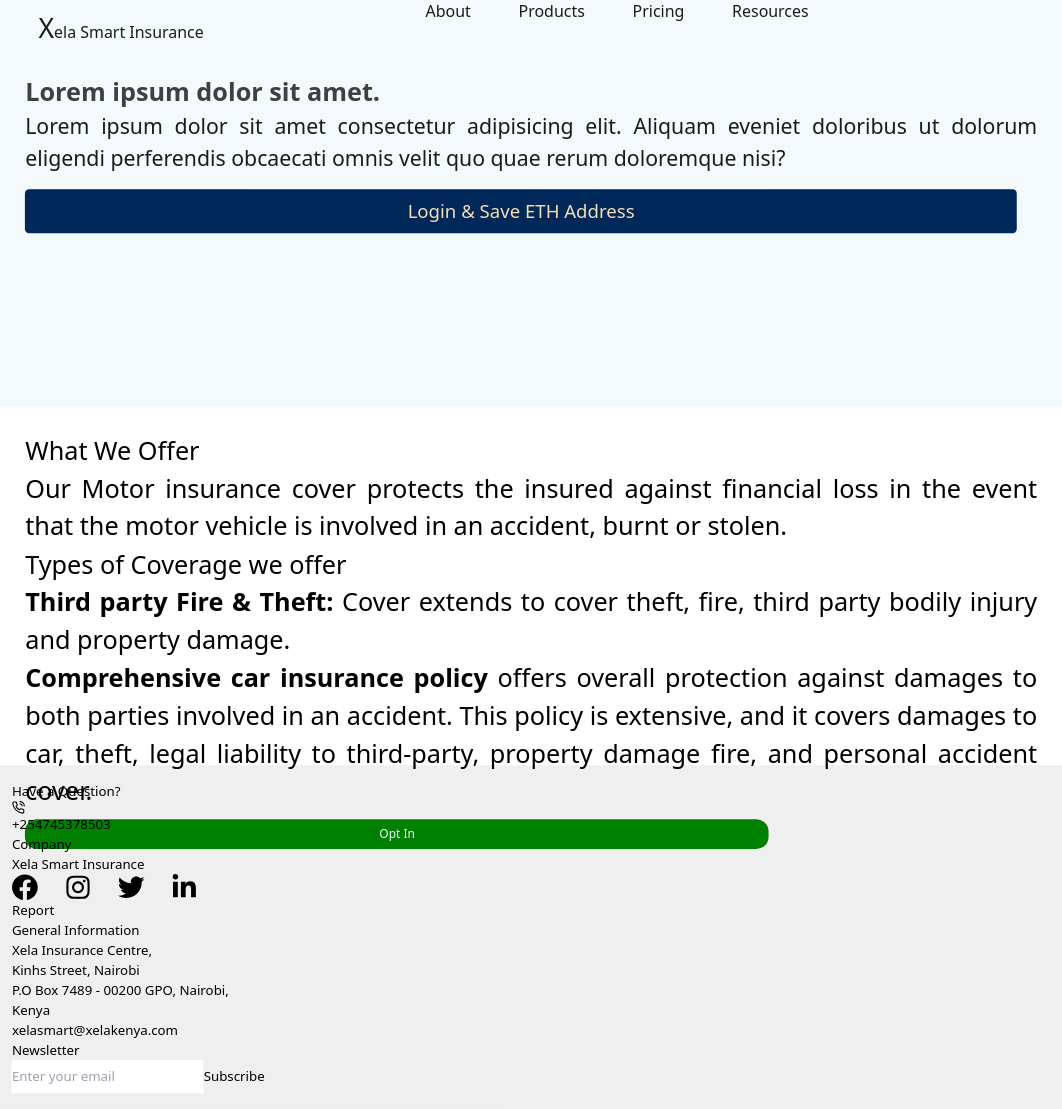
Repository: ALVIN-OBONYO/Xela-smart_insuarance
Page: / (app in frontend/)
These files come from the project's save history. The page is drawn as it stood at one moment and after the next save; the edit follows.
The browser window is 1280 px wide. The pictures show the whole page, at 83% of full size.
The project was rebuilt for these pictures with package versions that can differ from the ones it lists, and the page was loaded fresh each time. Also part of the build but not shown: frontend/src/Components/Table.js, frontend/src/Pages/Policies.jsx, frontend/src/Components/Calendar.css, frontend/src/Components/Calendar.jsx, frontend/src/Components/Input.js, frontend/src/Components/Upload.css, frontend/src/Components/Upload.js, frontend/src/Pages/ReportForm.jsx and 3 more.

Above is the page before, as saved 2022-10-02 15:45:49.

### frontend/public/index.html
<!DOCTYPE html>
<html lang="en">
  <head>
    <meta charset="utf-8" />
    <link rel="icon" href="%PUBLIC_URL%/favicon.ico" />
    <meta name="viewport" content="width=device-width, initial-scale=1" />
    <meta name="theme-color" content="#000000" />
    <meta
      name="description"
      content="Web site created using create-react-app"
    />
    <link rel="apple-touch-icon" href="%PUBLIC_URL%/logo192.png" />
    <!--
      manifest.json provides metadata used when your web app is installed on a
      user's mobile device or desktop. See https://developers.google.com/web/fundamentals/web-app-manifest/
    -->
    <link rel="manifest" href="%PUBLIC_URL%/manifest.json" />
    <!--
      Notice the use of %PUBLIC_URL% in the tags above.
      It will be replaced with the URL of the `public` folder during the build.
      Only files inside the `public` folder can be referenced from the HTML.

      Unlike "/favicon.ico" or "favicon.ico", "%PUBLIC_URL%/favicon.ico" will
      work correctly both with client-side routing and a non-root public URL.
      Learn how to configure a non-root public URL by running `npm run build`.
    -->
    <title>React App</title>
  </head>
  <body>
    <noscript>You need to enable JavaScript to run this app.</noscript>
    <link
    href="https://unpkg.com/tailwindcss@^1.0/dist/tailwind.min.css"
    rel="stylesheet"
  />
  <script
    src="https://cdnjs.cloudflare.com/ajax/libs/web3/1.6.1/web3.min.js"
    integrity="sha512-5erpERW8MxcHDF7Xea9eBQPiRtxbse70pFcaHJuOhdEBQeAxGQjUwgJbuBDWve+xP/u5IoJbKjyJk50qCnMD7A=="
    crossorigin="anonymous"
    referrerpolicy="no-referrer"
  ></script>
    <div id="root"></div>
    <!--
      This HTML file is a template.
      If you open it directly in the browser, you will see an empty page.

      You can add webfonts, meta tags, or analytics to this file.
      The build step will place the bundled scripts into the <body> tag.

      To begin the development, run `npm start` or `yarn start`.
      To create a production bundle, use `npm run build` or `yarn build`.
    -->
  </body>
</html>

### frontend/src/index.js
import React from 'react';
import ReactDOM from 'react-dom/client';
import './index.css';
import App from './App';
import reportWebVitals from './reportWebVitals';
import { BrowserRouter } from 'react-router-dom';
const root = ReactDOM.createRoot(document.getElementById('root'));
root.render(
  <React.StrictMode>
     <BrowserRouter>
       <App />
    </BrowserRouter>
  </React.StrictMode>
);

// If you want to start measuring performance in your app, pass a function
// to log results (for example: reportWebVitals(console.log))
// or send to an analytics endpoint. Learn more: https://bit.ly/CRA-vitals
reportWebVitals();

### frontend/src/App.jsx
import './App.css';
import RoutePages from './Components/RoutePages';

function App() {
  return (
    <div className="App">
      <RoutePages/>
    </div>
  );
}

export default App;

### frontend/src/Components/RoutePages.jsx
import React from 'react'
import { Routes, Route} from 'react-router-dom'
import EntryPage from '../Pages/Entrypage'
import PolicyMaker from '../Pages/Policies'
import ReportForm from '../Pages/ReportForm'
import Report from '../Pages/Report'
import ReportInfo from '../Pages/ReportInfo'
import FormPagination from './FormPagination'
const RoutePages = () => {
    return (


   <Routes>

    <Route exact path="/" element={<EntryPage />} />
    <Route path="policy" element={<PolicyMaker />} />

    <Route path="report/2" element={<ReportForm/> } />
    <Route path="report/1" element={<ReportInfo />} />
    <Route path="report/*" element={<FormPagination />} />

   </Routes>


    )
}

export default RoutePages

### frontend/src/Pages/Entrypage.jsx
import React, {useState, useRef} from 'react'
import "../Components/Navbar.css"
import { FaTimes, FaBars, FaInstagram, FaTwitter, FaLinkedinIn, FaFacebook, } from 'react-icons/fa'
import {FiPhoneCall} from 'react-icons/fi'
import { Link} from 'react-router-dom'
import { loginWithEth } from '../Services/LoginWithEth'
import { truncateAddress } from '../Services/TruncateAddress'
import Web3 from 'web3'
import { getContractSymbol } from '../Services/Contract'
const Entrypage = () => {
        const [navButton, setNavButton] = useState(false)
        const [policy, setPolicy] = useState("")
        const switchNavState = () => setNavButton(!navButton)
        const buttonLogout = useRef(null)
        const yourAddress = useRef()
        window.userAddress = null

        window.onload = async () => {
            if (window.ethereum) {
                window.web3 = new Web3(window.ethereum)
            } else {
                alert("No ETH browser extension detected.")
            }
        }

        function showAddress() {
          if (!window.userAddress) {
            yourAddress.current.innerText = ""
            buttonLogout.current.classList.add("hidden")
             return false
        }

        yourAddress.innerText = `ETH Address: ${truncateAddress(window.userAddress)}`
        buttonLogout.classList.remove("hidden")
    }

         function logout() {
            window.userAddress = null
            window.localStorage.removeItem(buttonLogout)
            showAddress()
}

    return (
        <>
        <nav>
        <h1 className='brand'><span className='X'>X</span>ela Smart Insurance</h1>
        <div className='toogleNav' onClick={switchNavState} >{navButton ?
        <div id="bars">

            <FaBars size="2.5em"/>
            </div> :
            <div className = "navflex">
            <div id="times">
                <FaTimes />
                </div>
            <h4>About</h4>
            <h4>Products</h4>
            <h4>Pricing</h4>
            <h4>Resources</h4>
            </div>

}
        </div>
        <div className='nav-section'>
            <h4>About</h4>
            <h4>Products</h4>
            <h4>Pricing</h4>
            <h4>Resources</h4>
        </div>
        </nav>
        <section className="top-descr" id='top'>
            <h3 id="top-h3">Lorem ipsum dolor sit amet.</h3>
            <p id="top-pg">Lorem ipsum dolor sit amet consectetur adipisicing elit. Aliquam eveniet doloribus ut dolorum eligendi perferendis obcaecati omnis velit quo quae rerum doloremque nisi?</p>
            <div id="policy-sec">

            <button id="btn-policy" onClick={loginWithEth}>Login & Save ETH Address
                </button>
                <p id="userAddress" class="text-gray-600" ref={yourAddress}></p>
                <button id="logoutButton" onClick={logout} class="hidden text-blue-500 underline" ref={buttonLogout}>Logout</button>
                           </div>
        </section>
        <section className='top-descr'>
            <h3>What We Offer</h3>
            <p>
            Our Motor insurance cover protects the insured against financial loss in the event that the motor vehicle is involved in an accident, burnt or stolen.</p>
            <h4>Types of Coverage we offer</h4>
            <p>


<b>Third party Fire & Theft:</b> Cover extends to cover theft, fire, third party bodily injury and property damage.
</p>
<p>
<b>Comprehensive car insurance policy</b> offers overall protection against damages to both parties involved in an accident. This policy is extensive, and it covers damages to car, theft, legal liability to third-party, property damage fire, and personal accident cover.
            </p>
            <Link to="/policy"><button id="buy-policy" onClick={getContractSymbol}>Opt In</button></Link>
        </section>
        <div id="footer">
            <div>
            <h2>Have a Question?</h2>
             <h3><FiPhoneCall /> +254745378503</h3>
             <h2>Company</h2>
             <h3>Xela Smart Insurance</h3>
             <div id="social-icons">
               <FaFacebook size="2em"/>
               <FaInstagram size="2em"/>
               <FaTwitter size="2em"/>
               <FaLinkedinIn size="2em"/>
             </div>
             <div>
                <Link to="/report/1">Report</Link>
                <h2>General Information</h2>
                <h4>Xela Insurance Centre,</h4>
                <h4>Kinhs Street, Nairobi</h4>
                <h4>P.O Box 7489 - 00200 GPO, Nairobi,</h4>
                <h4>Kenya</h4>
                <h4>xelasmart@xelakenya.com</h4>
                <h2>Newsletter</h2>
                <input type="text" placeholder="Enter your email" />
                <button>Subscribe</button>
             </div>
            </div>
        </div>
        </>
    )
}

export default Entrypage

### frontend/src/Components/Navbar.css
nav {
    width: 100vw;
    display: flex;
    justify-content: flex-start;
    align-items: flex-start;
}

.brand {
    flex-grow: 1;
    text-align: start;
    padding-left: 2.9rem;
    margin-top: 0.6rem;
    font-size: 1.2rem;
}

.X {
    font-size: 2rem;

}
.nav-section {
    display: flex;
    flex-grow: 1;
    gap: 3em;
    font-size: 1.2rem;
    padding-right: 2em;
    justify-content: flex-start;
    align-items: center;
}
.top-descr {
    margin-top: 0;
    padding: 1em;
    text-align: justify;
    font-size: 1.9rem;
    height: 60vh;

}
#top-h3 {
    font-weight: 700;
    color: rgba(27, 27, 27, 0.836);
}
#top, nav {
    background-color: rgb(244, 249, 252);
    color: rgb(27, 27, 27);
}
#top-pg {

    font-size: 1.6rem;
}
#policy-sec {
    display: flex;
    gap: 0.8em;

}
input[type=text] {
    flex-grow: 1;
    height: 2.5em;
}
#btn-policy {
    background-color: rgb(0, 39, 90);
    flex-grow: 1;
    color: wheat;
    border: none;
    margin-top: 0.8em;
    border-radius: 5px;
    padding: 0.6rem;
    font-size: 1.4rem;
    font-weight: 500;

}
#buy-policy {
    width: 70vw;
    height: 2.5em;
    border: none;
    background-color: #008000;
    color:aliceblue;
    font-size: 0.9rem;
    border-radius: 15px;
}
#social-icons {
    display: flex;
    gap: 2em;
}
#footer {
    background-color: rgba(128, 128, 128, 0.13);
    text-align: start;
    padding: 1.2em  0.9em;
}

.navflex {
    display: flex;
    flex-direction: column;
    justify-content: center;
    align-items: center;
    gap: 2em;
    background-color: rgba(19, 20, 27, 0.918);
    color: white;
    width: 100vw;
    height: 100vh;
    right: 0;
    top: 0;
    position: absolute;
    text-transform: uppercase;
    /* animation-name: ${navanim}; */
}
@media screen and (max-width: 600px){
   .nav-section {

      display: none;
   }


}

@media screen and (min-width: 600px){
    .toogleNav {
        display: none;
        padding: 1.3em;
    }
}

### frontend/src/Services/LoginWithEth.js
import { showAddress } from "./showAddress";
export async function loginWithEth() {
    if (window.web3) {
        try {
            const selectedAccount = await window.ethereum.request({
                method: "eth_requestAccounts"
            })
            .then((accounts) => accounts[0])
            .catch(() => {
                throw Error("No account selected!")
            })

          window.userAddress = selectedAccount;
          window.localStorage.setItem("userAddress", selectedAccount);
          showAddress()
        }
        catch (error) {
            console.error(error)
        }
    } else {
        alert("No ETH browser extension detected.");
    }
}

### frontend/src/Services/TruncateAddress.js
export function truncateAddress(address) {
    if (!address) {
        return "";
    }
    return `${address.substr(0, 5)}...${address.substr(
        address.length - 5,
        address.length
      )}`;
}

### frontend/src/Services/Contract.js
window.ABI = require('./contract-abi.json')
export async function getContractSymbol() {
    const CONTRACT_ADDRESS = "0x1A5b30a61CED9B4D9c209E7F1d2fbD38657f8EB1"

    const contract = new window.web3.eth.Contact(
        window.ABI,
        CONTRACT_ADDRESS
    )

    const symbol = await contract.methods.symbol().call({
        from: window.userAddress    })

    alert(`Contract ${CONTRACT_ADDRESS} Symbol: ${symbol}`);
}

Loaded but not shown: frontend/src/index.css (common file); frontend/src/reportWebVitals.js (common file); frontend/src/App.css (common file); frontend/src/Services/contract-abi.json (501 lines, source omitted); frontend/src/Services/showAddress.js (no stored copy; drawn as an empty file)

After the next save:
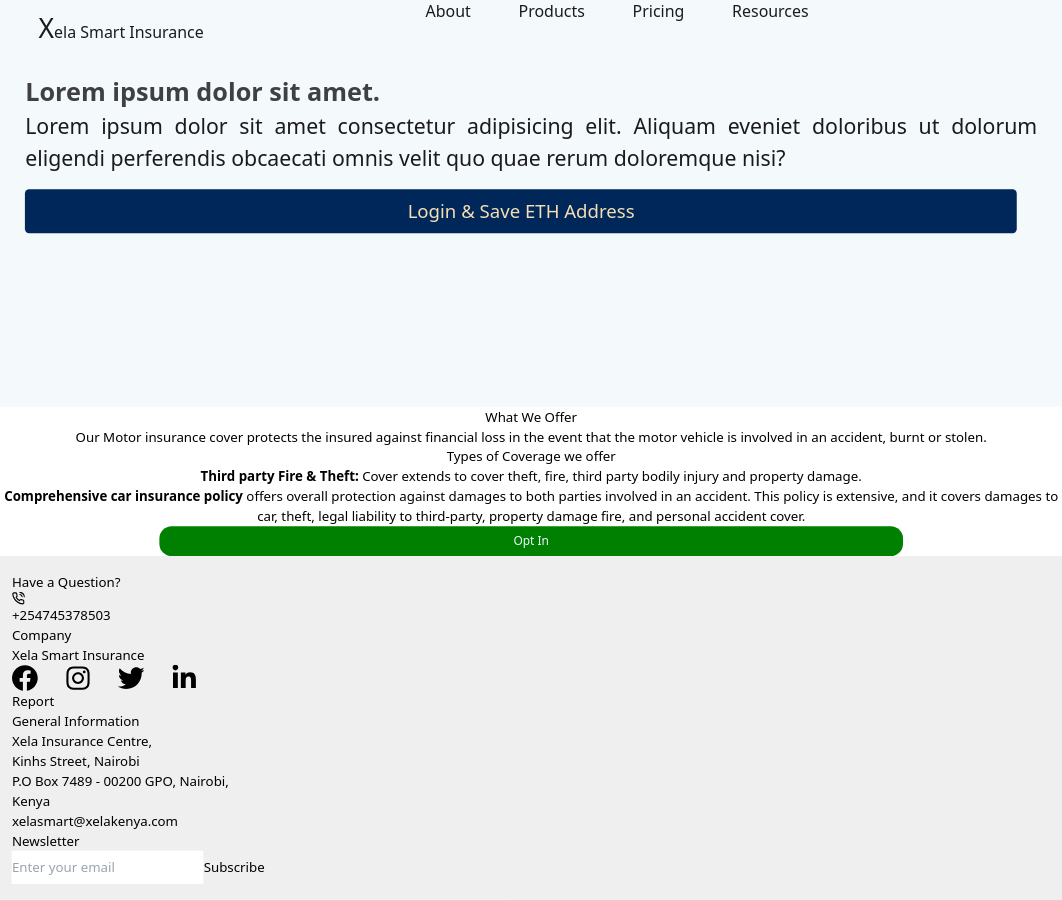
Saved 19 min 52 s later.
--- a/frontend/src/Pages/Entrypage.jsx
+++ b/frontend/src/Pages/Entrypage.jsx
@@ -79,7 +79,7 @@ const Entrypage = () => {
                 <button id="logoutButton" onClick={logout} class="hidden text-blue-500 underline" ref={buttonLogout}>Logout</button>
                            </div>
         </section>
-        <section className='top-descr'>
+        <section className='about-descr'>
             <h3>What We Offer</h3>
             <p>
             Our Motor insurance cover protects the insured against financial loss in the event that the motor vehicle is involved in an accident, burnt or stolen.</p>

After the save that followed:
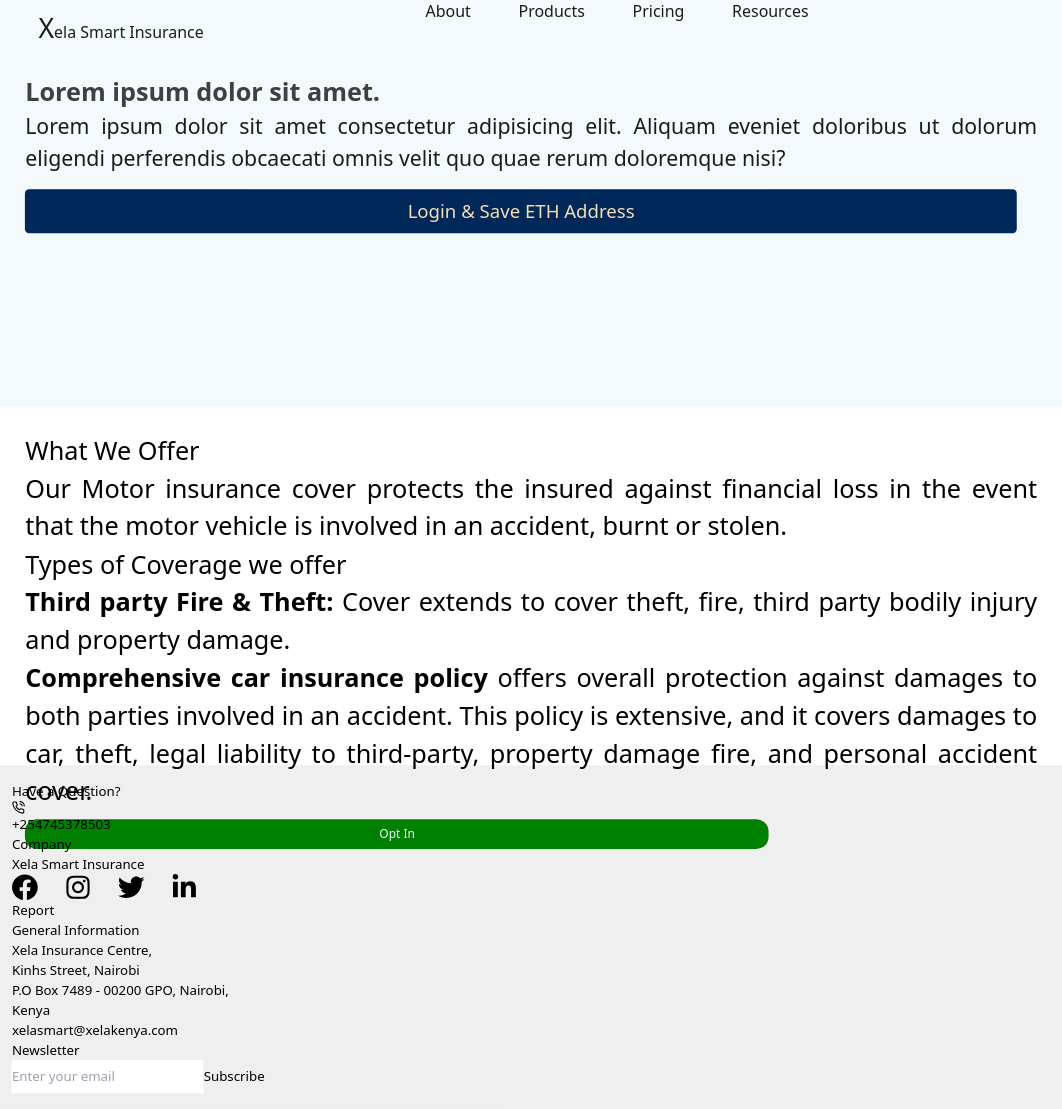
Saved 3 min 0 s later.
--- a/frontend/src/Components/Navbar.css
+++ b/frontend/src/Components/Navbar.css
@@ -26,7 +26,7 @@ nav {
     justify-content: flex-start;
     align-items: center;
 }
-.top-descr {
+.top-descr, .about-descr  {
     margin-top: 0;
     padding: 1em;
     text-align: justify;
@@ -34,6 +34,8 @@ nav {
     height: 60vh;
 
 }
+
+
 #top-h3 {
     font-weight: 700;
     color: rgba(27, 27, 27, 0.836);
